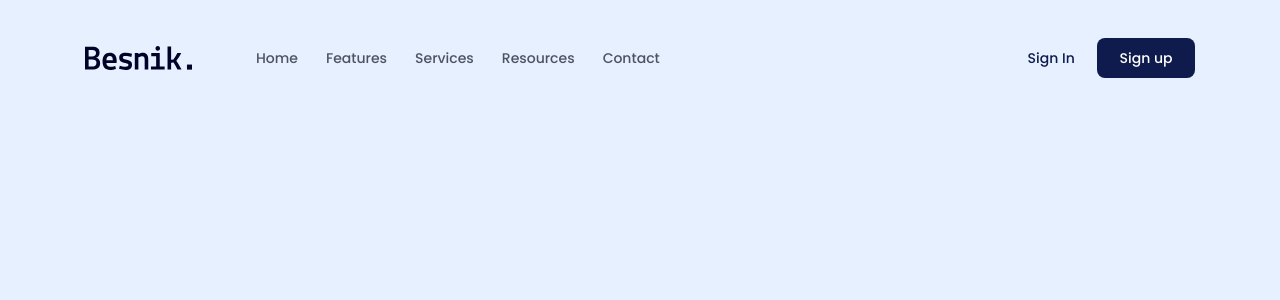
Repository: jessicapaa/F8-Project-01
Page: index.html
The author's editor kept a copy of each file at every save. The page is drawn from the files as they stood at one save, then again after the next save.
The browser window is 1280 px wide. The pictures show the whole page.
The pointer rests on the first visible `.navbar .action-btn`.

Above is the page before, as saved 2024-03-08 06:58:59.

### index.html
<!DOCTYPE html>
<html lang="en">

<head>
    <meta charset="UTF-8">
    <meta name="viewport" content="width=device-width, initial-scale=1.0">
    <title>F8-Project-01</title>
    <link rel="stylesheet" href="./assets/css/reset.css">
    <link rel="stylesheet" href="./assets/fonts/stylesheet.css">
    <link rel="stylesheet" href="./assets/css/styles.css">
</head>

<body>
    <!-- main -->
    <main>

        <!-- header -->
        <header class="header">
            <div class="content">
                <nav class="navbar">
                    <!-- logo -->
                    <img src="./assets/img/logo.svg" alt="Besnik.">

                    <!-- navigation -->
                    <ul>
                        <li><a href="#!">Home</a></li>
                        <li><a href="#!">Features</a></li>
                        <li><a href="#!">Services</a></li>
                        <li><a href="#!">Resources</a></li>
                        <li><a href="#!">Contact</a></li>
                    </ul>

                    <!-- Action -->
                    <div class="actions">
                        <a href="#!" class="action-link">Sign In</a>
                        <a href="#!" class="btn action-btn">Sign up</a>
                    </div>
                </nav>
            </div>
        </header>
    </main>
</body>

</html>

### assets/fonts/stylesheet.css
@font-face {
    font-family: "Poppins";
    src: url("Poppins/Poppins-BlackItalic.woff2") format("woff2"),
        url("Poppins/Poppins-BlackItalic.woff") format("woff");
    font-weight: 900;
    font-style: italic;
    font-display: swap;
}

@font-face {
    font-family: "Poppins";
    src: url("Poppins/Poppins-Black.woff2") format("woff2"),
        url("Poppins/Poppins-Black.woff") format("woff");
    font-weight: 900;
    font-style: normal;
    font-display: swap;
}

@font-face {
    font-family: "Poppins";
    src: url("Poppins/Poppins-BoldItalic.woff2") format("woff2"),
        url("Poppins/Poppins-BoldItalic.woff") format("woff");
    font-weight: bold;
    font-style: italic;
    font-display: swap;
}

@font-face {
    font-family: "Poppins";
    src: url("Poppins/Poppins-ExtraBold.woff2") format("woff2"),
        url("Poppins/Poppins-ExtraBold.woff") format("woff");
    font-weight: bold;
    font-style: normal;
    font-display: swap;
}

@font-face {
    font-family: "Poppins";
    src: url("Poppins/Poppins-ExtraBoldItalic.woff2") format("woff2"),
        url("Poppins/Poppins-ExtraBoldItalic.woff") format("woff");
    font-weight: bold;
    font-style: italic;
    font-display: swap;
}

@font-face {
    font-family: "Poppins";
    src: url("Poppins/Poppins-ExtraLight.woff2") format("woff2"),
        url("Poppins/Poppins-ExtraLight.woff") format("woff");
    font-weight: 200;
    font-style: normal;
    font-display: swap;
}

@font-face {
    font-family: "Poppins";
    src: url("Poppins/Poppins-ExtraLightItalic.woff2") format("woff2"),
        url("Poppins/Poppins-ExtraLightItalic.woff") format("woff");
    font-weight: 200;
    font-style: italic;
    font-display: swap;
}

@font-face {
    font-family: "Poppins";
    src: url("Poppins/Poppins-Light.woff2") format("woff2"),
        url("Poppins/Poppins-Light.woff") format("woff");
    font-weight: 300;
    font-style: normal;
    font-display: swap;
}

@font-face {
    font-family: "Poppins";
    src: url("Poppins/Poppins-Italic.woff2") format("woff2"),
        url("Poppins/Poppins-Italic.woff") format("woff");
    font-weight: normal;
    font-style: italic;
    font-display: swap;
}

@font-face {
    font-family: "Poppins";
    src: url("Poppins/Poppins-Medium.woff2") format("woff2"),
        url("Poppins/Poppins-Medium.woff") format("woff");
    font-weight: 500;
    font-style: normal;
    font-display: swap;
}

@font-face {
    font-family: "Poppins";
    src: url("Poppins/Poppins-MediumItalic.woff2") format("woff2"),
        url("Poppins/Poppins-MediumItalic.woff") format("woff");
    font-weight: 500;
    font-style: italic;
    font-display: swap;
}

@font-face {
    font-family: "Poppins";
    src: url("Poppins/Poppins-LightItalic.woff2") format("woff2"),
        url("Poppins/Poppins-LightItalic.woff") format("woff");
    font-weight: 300;
    font-style: italic;
    font-display: swap;
}

@font-face {
    font-family: "Poppins";
    src: url("Poppins/Poppins-Regular.woff2") format("woff2"),
        url("Poppins/Poppins-Regular.woff") format("woff");
    font-weight: normal;
    font-style: normal;
    font-display: swap;
}

@font-face {
    font-family: "Poppins";
    src: url("Poppins/Poppins-SemiBold.woff2") format("woff2"),
        url("Poppins/Poppins-SemiBold.woff") format("woff");
    font-weight: 600;
    font-style: normal;
    font-display: swap;
}

@font-face {
    font-family: "Poppins";
    src: url("Poppins/Poppins-SemiBoldItalic.woff2") format("woff2"),
        url("Poppins/Poppins-SemiBoldItalic.woff") format("woff");
    font-weight: 600;
    font-style: italic;
    font-display: swap;
}

@font-face {
    font-family: "Poppins";
    src: url("Poppins/Poppins-Thin.woff2") format("woff2"),
        url("Poppins/Poppins-Thin.woff") format("woff");
    font-weight: 100;
    font-style: normal;
    font-display: swap;
}

@font-face {
    font-family: "Poppins";
    src: url("Poppins/Poppins-ThinItalic.woff2") format("woff2"),
        url("Poppins/Poppins-ThinItalic.woff") format("woff");
    font-weight: 100;
    font-style: italic;
    font-display: swap;
}

### assets/css/styles.css
* {
    box-sizing: border-box;
}
html {
    font-size: 62.5%;
}
body {
    font-size: 1.6rem;
    /* font-family: ; */
    font-family: "Poppins";
}
/* common */
.content {
    width: 1110px;
    max-width: calc(100% - 48px);
    margin-left: auto;
    margin-right: auto;
}

a {
    text-decoration: none;
}

.btn {
    display: inline-block;
    min-width: 98px;
    background: #0f1b4c;
    border-radius: 8px;
    font-size: 1.4rem;
    font-weight: 500;
    text-align: center;
    color: #fff;
    padding: 18px 16px;
}

/* css header */
.header {
    height: 100vh;
    background: #e6f0ff;
}

.navbar {
    display: flex;
    align-items: center;
    padding-top: 38px;
}

.navbar ul {
    display: flex;
    margin-left: 50px;
}

.navbar .actions {
    margin-left: auto;
}

.navbar ul a {
    font-weight: 500;
    font-size: 1.4rem;
    color: #4f5361;
    padding: 8px 14px;
}

.navbar .action-link {
    font-weight: 500;
    font-size: 1.4rem;
    color: #0f1b4c;
}

.navbar .action-btn {
    padding: 13px 16px;
    margin-left: 18px;
}

Loaded but not shown: assets/css/reset.css (common file)

After the next save:
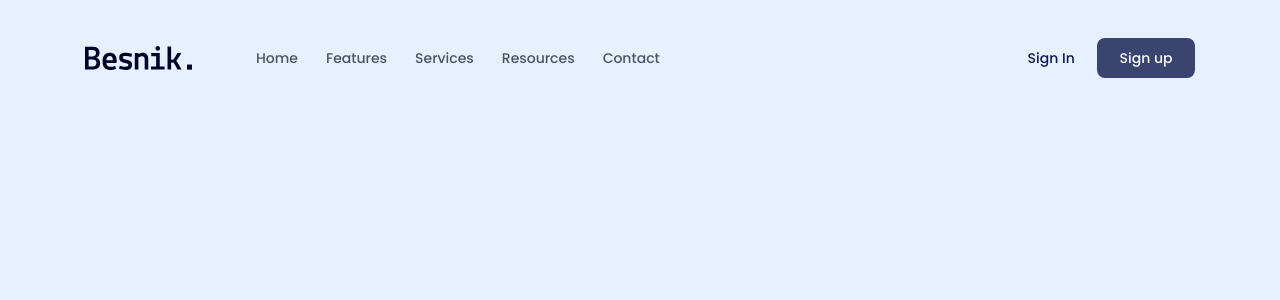
Saved 24 s later.
--- a/assets/css/styles.css
+++ b/assets/css/styles.css
@@ -71,3 +71,6 @@ a {
     padding: 13px 16px;
     margin-left: 18px;
 }
+.navbar .action-btn:hover {
+    opacity: 0.8;
+}
